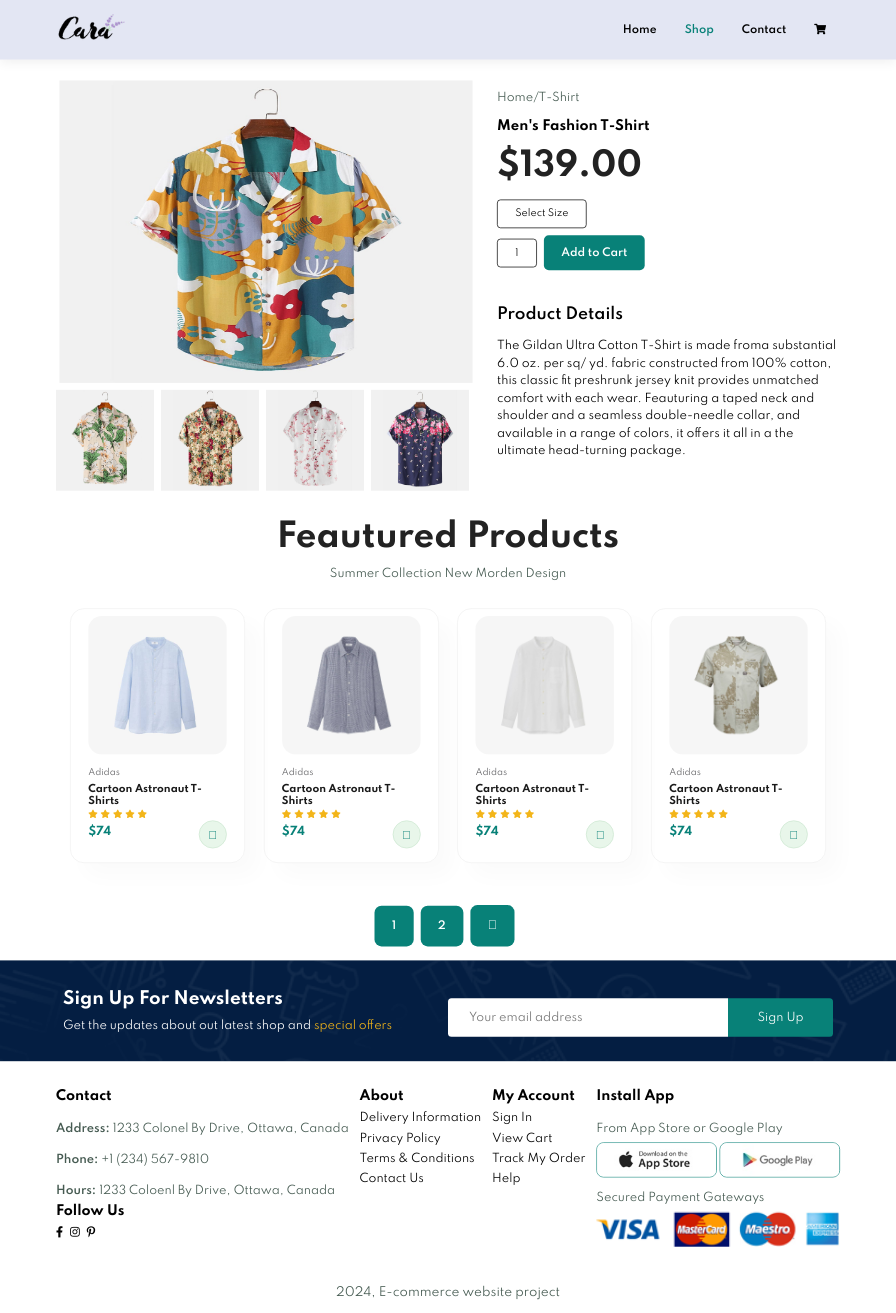
Repository: Daryllgio/E-Commerce-Website-UI
Page: ItemDetail.html
An editor plug-in stored every save of this project. The page is shown before and after the next save, followed by the edit.
The browser window is 1280 px wide. The pictures show the whole page, at 70% of full size.
Some web libraries are served in a nearby version.

Above is the page before, as saved 2025-01-01 21:44:03.

After the next save:
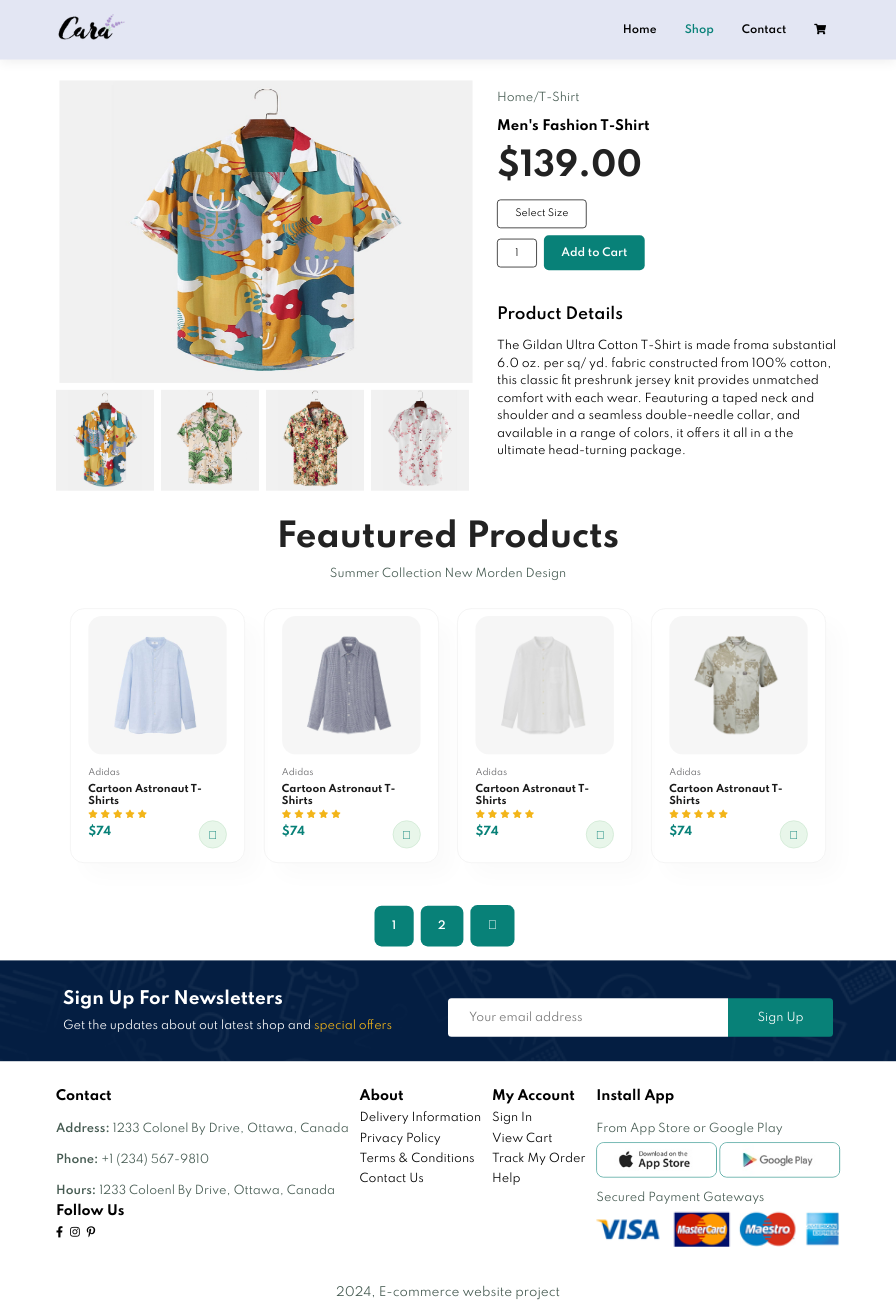
Saved 23 s later.
--- a/ItemDetail.html
+++ b/ItemDetail.html
@@ -38,10 +38,10 @@
         <div class="OptionContainer">
             <img src="img/products/f1.jpg" id="MainImg" alt="">
             <div class="OptionSubContainer">
+                <img src="img/products/f1.jpg" class="option" alt="">
                 <img src="img/products/f2.jpg" class="option" alt="">
                 <img src="img/products/f3.jpg" class="option" alt="">
                 <img src="img/products/f4.jpg" class="option" alt="">
-                <img src="img/products/f5.jpg" class="option" alt="">
             </div>
         </div>
 
